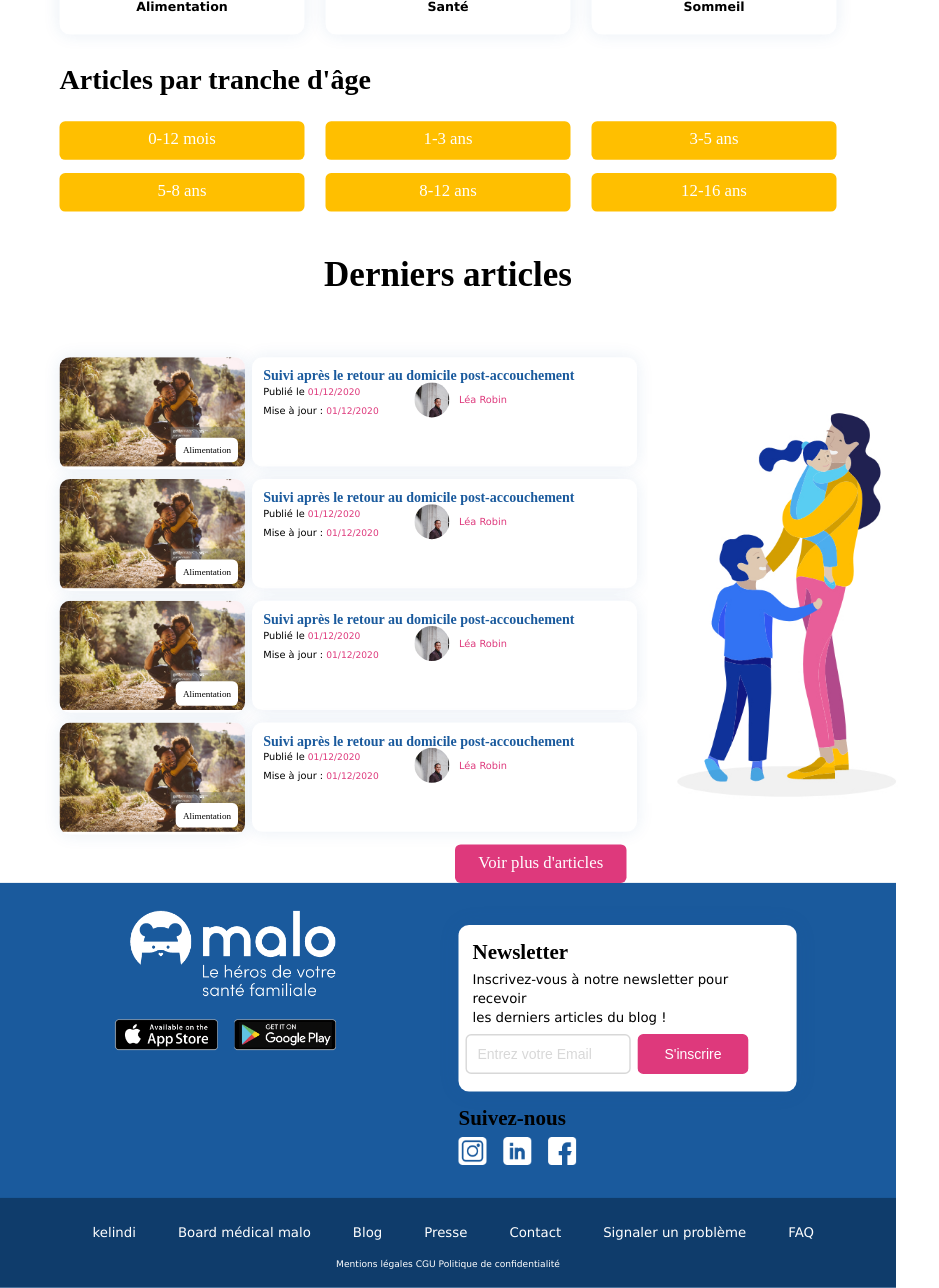
Repository: carbone-dev/keli-malo
Page: blog.html
An editor plug-in stored every save of this project. The page is shown before and after the next save, followed by the edit.
The browser window is 1280 px wide. The page is 1342 px wide, so the pictures cover 1342 px, including what lies to the right of the window. The pictures show the part of the page from y = 845 to 2685 px (the page is 2685 px tall), at 70% of full size.

Above is the page before, as saved 2020-12-11 11:40:56.

### blog.html
<!DOCTYPE html>
<html lang="en">

<head>
    <meta charset="UTF-8">
    <meta name="viewport" content="width=device-width, initial-scale=1.0">
    <title>Document</title>
    <link rel="stylesheet" type="text/css" href="css/style.css">
    <link rel="stylesheet" type="text/css" href="css/header.css">
    <link rel="stylesheet" type="text/css" href="css/grid.css">
    <link rel="stylesheet" type="text/css" href="css/blog.css">
    <link rel="preconnect" href="https://fonts.gstatic.com">
    <link href="https://fonts.googleapis.com/css2?family=Poppins:wght@200;300;400;900&display=swap" rel="stylesheet">
</head>

<body>
    <div class="container">

        <div class="header row align-items-center">
            <div class="col-6 col-md-2 ">
                <img class='img-full-width ' src="img/logo.png">
            </div>
            <div class="menu col-6 col-md-10 right d-none d-md-block ">
                <a href="#">Blog</a>
                <a href="#" class="boutton-1">Nous contacter</a>
            </div>
            <div class="menu col-6 col-md-10 right d-md-none d-sm-block">
                <a href="#nav-mobile">
                    <img src="img/burger.png" alt="">
                </a>
            </div>

            <div id="nav-mobile" class="modaloverlay">
                <div class="modal">
                    <div class="row">
                        <div class="col-6">
                            <img class='img-full-width ' src="img/logo.png">
                        </div>
                        <div class="menu col-6 right">
                            <a href="#close" class="close">
                                <img src="img/close.png" alt="">
                            </a>
                        </div>
                    </div>
                    <div class="row align-items-center center modal-content">
                        <div class="col-12">
                            <a href="#">Blog</a>
                        </div>
                        <div class="col-12">
                            <a href="#" class="boutton-1">Nous contacter</a>
                        </div>
                        <div class="col-12">
                            <a href="#"><img src="img/instagram.png"></a>
                            <a href="#"><img src="img/linkedin.png"></a>
                            <a href="#"><img src="img/facebook.png"></a>
                        </div>
                    </div>
                </div>
            </div>
        </div>

        <div class="top-section row">
            <div class="col-12 col-md-8 t-responsive">
                <h1>
                    Bienvenue sur le blog malo
                </h1>
                <p>Retrouvez nos conseils pour la santé de vos enfants</p>
            </div>
            <div class="col-12 col-md-4 right t-responsive">
                <img src="img/blog-header-image.png" alt="blog-header-image">
            </div>
        </div>

        <div class="section t-responsive">
            <h3>Articles par thématique</h3>
            <div class="row">
                <div class="col-sm-12 col-md-4">
                    <div class="card">
                        <img src="img/blog-theme-1.jpg" alt="Avatar" style="width:100%">
                        <div class="card-content row align-items-center">
                            <p class="card-title col-12">Alimentation</p>
                        </div>
                    </div>
                </div>
                <div class="col-sm-12 col-md-4">
                    <div class="card">
                        <img src="img/blog-theme-2.jpg" alt="Avatar" style="width:100%">
                        <div class="card-content row align-items-center">
                            <p class="card-title col-12">Santé</p>
                        </div>
                    </div>
                </div>
                <div class="col-sm-12 col-md-4">
                    <div class="card">
                        <img src="img/blog-theme-3.jpg" alt="Avatar" style="width:100%">
                        <div class="card-content row align-items-center">
                            <p class="card-title col-12">Sommeil</p>
                        </div>
                    </div>
                </div>
            </div>
        </div>

        <div class="section t-responsive">
            <h3>Articles par tranche d'âge</h3>
            <div class="row">
                <div class="col-6 col-md-4 margin-bottom">
                    <button class="btn btn-tertiary full-width">0-12 mois</button>
                </div>
                <div class="col-6 col-md-4 margin-bottom">
                    <button class="btn btn-tertiary full-width">1-3 ans</button>
                </div>
                <div class="col-6 col-md-4 margin-bottom">
                    <button class="btn btn-tertiary full-width">3-5 ans</button>
                </div>
                <div class="col-6 col-md-4 margin-bottom">
                    <button class="btn btn-tertiary full-width">5-8 ans</button>
                </div>
                <div class="col-6 col-md-4 margin-bottom">
                    <button class="btn btn-tertiary full-width">8-12 ans</button>
                </div>
                <div class="col-6 col-md-4 margin-bottom">
                    <button class="btn btn-tertiary full-width">12-16 ans</button>
                </div>
            </div>
        </div>

        <div class="section">
            <h2 class="center">Derniers articles</h2>
            <div class="row">
                <div class="col-12 col-md-9">
                    <div class="blog row no-gutters">
                        <div class="col-4">
                            <div class="blog-img">
                                <img src="img/blog-1.jpg" class="full-width" alt="">
                                <span class="tag">Alimentation</span>
                            </div>
                        </div>
                        <div class="col-8">
                            <div class="blog-content">
                                <a href="#">
                                    <h4 class="blog-title secondary">Suivi après le retour au domicile post-accouchement
                                    </h4>
                                </a>
                                <div class="row no-gutters mt-5 col-reverse">
                                    <div class="col-md-5 col-12">
                                        <p>
                                            Publié le <span class="primary">01/12/2020 </span>
                                        </p>
                                        <p>
                                            Mise à jour : <span class="primary">01/12/2020 </span>
                                        </p>
                                    </div>
                                    <div class="col-md-7 col-12">
                                        <div class="avatar d-inline-block ">
                                            <img src="img/avatar.jpg" alt="">
                                        </div>
                                        <div class="author d-inline-block">
                                            <p class="primary">Léa Robin</p>
                                        </div>
                                    </div>
                                </div>
                            </div>
                        </div>
                    </div>

                    <div class="blog row no-gutters">
                        <div class="col-4">
                            <div class="blog-img">
                                <img src="img/blog-1.jpg" class="full-width" alt="">
                                <span class="tag">Alimentation</span>
                            </div>
                        </div>
                        <div class="col-8">
                            <div class="blog-content">
                                <a href="#">
                                    <h4 class="blog-title secondary">Suivi après le retour au domicile post-accouchement
                                    </h4>
                                </a>
                                <div class="row no-gutters mt-5 col-reverse">
                                    <div class="col-md-5 col-12">
                                        <p>
                                            Publié le <span class="primary">01/12/2020 </span>
                                        </p>
                                        <p>
                                            Mise à jour : <span class="primary">01/12/2020 </span>
                                        </p>
                                    </div>
                                    <div class="col-md-7 col-12">
                                        <div class="avatar d-inline-block ">
                                            <img src="img/avatar.jpg" alt="">
                                        </div>
                                        <div class="author d-inline-block">
                                            <p class="primary">Léa Robin</p>
                                        </div>
                                    </div>
                                </div>
                            </div>
                        </div>
                    </div>

                    <div class="blog row no-gutters">
                        <div class="col-4">
                            <div class="blog-img">
                                <img src="img/blog-1.jpg" class="full-width" alt="">
                                <span class="tag">Alimentation</span>
                            </div>
                        </div>
                        <div class="col-8">
                            <div class="blog-content">
                                <a href="#">
                                    <h4 class="blog-title secondary">Suivi après le retour au domicile post-accouchement
                                    </h4>
                                </a>
                                <div class="row no-gutters mt-5 col-reverse">
                                    <div class="col-md-5 col-12">
                                        <p>
                                            Publié le <span class="primary">01/12/2020 </span>
                                        </p>
                                        <p>
                                            Mise à jour : <span class="primary">01/12/2020 </span>
                                        </p>
                                    </div>
                                    <div class="col-md-7 col-12">
                                        <div class="avatar d-inline-block ">
                                            <img src="img/avatar.jpg" alt="">
                                        </div>
                                        <div class="author d-inline-block">
                                            <p class="primary">Léa Robin</p>
                                        </div>
                                    </div>
                                </div>
                            </div>
                        </div>
                    </div>

                    <div class="blog row no-gutters">
                        <div class="col-4">
                            <div class="blog-img">
                                <img src="img/blog-1.jpg" class="full-width" alt="">
                                <span class="tag">Alimentation</span>
                            </div>
                        </div>
                        <div class="col-8">
                            <div class="blog-content">
                                <a href="#">
                                    <h4 class="blog-title secondary">Suivi après le retour au domicile post-accouchement
                                    </h4>
                                </a>
                                <div class="row no-gutters mt-5 col-reverse">
                                    <div class="col-md-5 col-12">
                                        <p>
                                            Publié le <span class="primary">01/12/2020 </span>
                                        </p>
                                        <p>
                                            Mise à jour : <span class="primary">01/12/2020 </span>
                                        </p>
                                    </div>
                                    <div class="col-md-7 col-12">
                                        <div class="avatar d-inline-block ">
                                            <img src="img/avatar.jpg" alt="">
                                        </div>
                                        <div class="author d-inline-block">
                                            <p class="primary">Léa Robin</p>
                                        </div>
                                    </div>
                                </div>
                            </div>
                        </div>
                    </div>

                    <div class="offset-8 col-4">
                        <button class="btn btn-primary full-width">
                            Voir plus d'articles
                        </button>
                    </div>




                </div>
                <div class="col-md-3 d-none d-md-block blog-list-bg">
                    <img src="img/blog-list-bg.jpg" alt="">
                </div>
            </div>
        </div>




    </div>


    <div class="footer mt-10">
		<div class="logo-popup row center-p">
			<div class="logo-boutton center col-md-6">
				<img src="img/logo-footer.png" width="50%"><br>
				<div class="img-boutton">
					<a href="#"><img src="img/app-store.png"></a>
					<a href="#"><img src="img/google-play.png"></a>
				</div>
			</div>
			<div class="popup-icon col-md-5 left center-p">
				<div class="box-shadow news-letter">
					<h4>Newsletter</h4>
					<p>Inscrivez-vous à notre newsletter pour recevoir <br>les derniers articles du blog !</p>
					<div class="row center-p">
						<input type="email" name="mail" placeholder="Entrez votre Email"
							class="formulaire mail-footer col-md-6 col-6">
						<input type="submit" value="S'inscrire" class="formulaire boutton-footer col-md-4 col-4">
					</div>
				</div>
				<div class="suivez-footer">
					<h4>Suivez-nous</h4>
					<a href="#"><img src="img/instagram-footer.png"></a>
					<a href="#"><img src="img/linkedin-footer.png"></a>
					<a href="#"><img src="img/facebook-footer.png"></a>
				</div>


			</div>
		</div>
		<div class="menu-footer center">
			<ul class="row center ">
				<li><a href="#">kelindi </a></li>
				<li><a href="#">Board médical malo </a></li>
				<li><a href="#">Blog </a></li>
				<li><a href="#">Presse </a></li>
				<li><a href="#">Contact </a></li>
				<li><a href="#">Signaler un problème </a></li>
				<li><a href="#">FAQ </a></li>
			</ul>
			<p><span>Mentions légales CGU Politique de confidentialité</span></p>
		</div>
	</div>
</body>

</html>

### css/header.css
.header{
    margin-top: 43px;
}

/* MODAL MOBILE */

.modaloverlay {
    background: rgba(0, 0, 0, 0.8);
    bottom: 0;
    left: 0;
    opacity: 0;
    pointer-events: none;
    position: fixed;
    right: 0;
    top: 0;
    -webkit-transition: opacity 400ms ease-in;
    -moz-transition: opacity 400ms ease-in;
    transition: opacity 400ms ease-in;
    z-index: -1;
    display: none;
  }
  .modaloverlay:target {
    display: block;
    opacity: 1;
    pointer-events: auto;
    z-index: 99999;
  }
  .modaloverlay .modal {
    background-color: white;
    height: 100%;
    position: relative;
    margin: 0 auto;
    padding-top: 43px;
    padding-left: 15px;
    overflow-y: scroll;
    -webkit-overflow-scrolling: touch;
  }
  @media (min-width: 60em) {
    .modaloverlay .modal {
      height: 75%;
      margin: 5% auto;
      max-height: 57em;
      max-width: 66em;
      width: 85%;
    }
  }
  .modaloverlay .modal > iframe,
  .modaloverlay .modal > div {
    border: none;
    width: 100%;
    /* height: 100%; */
  }
  .modaloverlay .close {
    position: relative;
    top: 10px;
  }

  .modal-content{
    height: 60%;
    padding-top: 160px;
  }

### css/blog.css
.card {
  transition: 0.3s;
  width: 100%;
  border-radius: 15px;
  box-shadow: 0 0 25px 0 rgba(34, 90, 157, 0.1);
  overflow: hidden;
  cursor: pointer;
}

.card img {
  width: 100%;
  height: 199px;
  object-fit: cover;
}

.card:hover {
  box-shadow: 0 8px 16px 0 rgba(0, 0, 0, 0.2);
}

.card-content {
  padding: 2px 16px;
  height: 79px;
}

.card-title {
  font-family: verdana;
  font-size: 18px;
  font-weight: 900;
  text-align: center;
}

.blog {
  margin-bottom: 14px;
}

.blog-img {
  border-radius: 15px;
  box-shadow: 0 0 25px 0 rgba(34, 90, 157, 0.1);
  overflow: hidden;
  position: relative;
  margin-right: 10px;
}

.blog-img img {
  width: 100%;
  height: 156px;
  object-fit: cover;
}

.blog-content {
  height: 156px;
  padding: 16px;
  border-radius: 15px;
  box-shadow: 0 0 25px 0 rgba(34, 90, 157, 0.1);
  background-color: #ffffff;
}

.blog-content p {
  font-size: 14px !important;
}

.blog-title {
  margin-bottom: 0 !important;
  font-size: 20px;
  line-height: 1;
}

.blog-list-bg{
    padding: 7% 0 7% 0;
}

.avatar {
  height: 50px;
  width: 50px;
  border-radius: 50px;
  overflow: hidden;
}

.avatar img {
  width: 100%;
  object-fit: cover;
}

.author {
  position: relative;
  top: -20px;
  left: 10px;
}

.tag {
  height: 35px;
  background-color: #ffffff;
  padding: 10px;
  position: absolute;
  bottom: 10px;
  display: block;
  border-radius: 8px;
  font-family: montserrat;
  right: 10px;
}

@media only screen and (min-width: 107px) and (max-width: 768px) {
  .blog-title {
    font-size: 12px !important;
    line-height: 1 !important;
  }
  .blog-content p {
    font-size: 12px !important;
    height: 15px;
  }

  .blog-content span {
    font-size: 8px !important;
  }

  .tag{
    font-size: 10px !important;
    padding: 0px 5px 0 5px !important;
    height: 20px;
    border-radius: 6px;
  }

  .avatar {
    height: 18px;
    width: 18px;
  }

  .author {
    position: relative;
    top: -5px;
    left: 5px;
  }
}

Loaded but not shown: css/grid.css (1420 lines, source omitted); css/style.css (873 lines, source omitted)

After the next save:
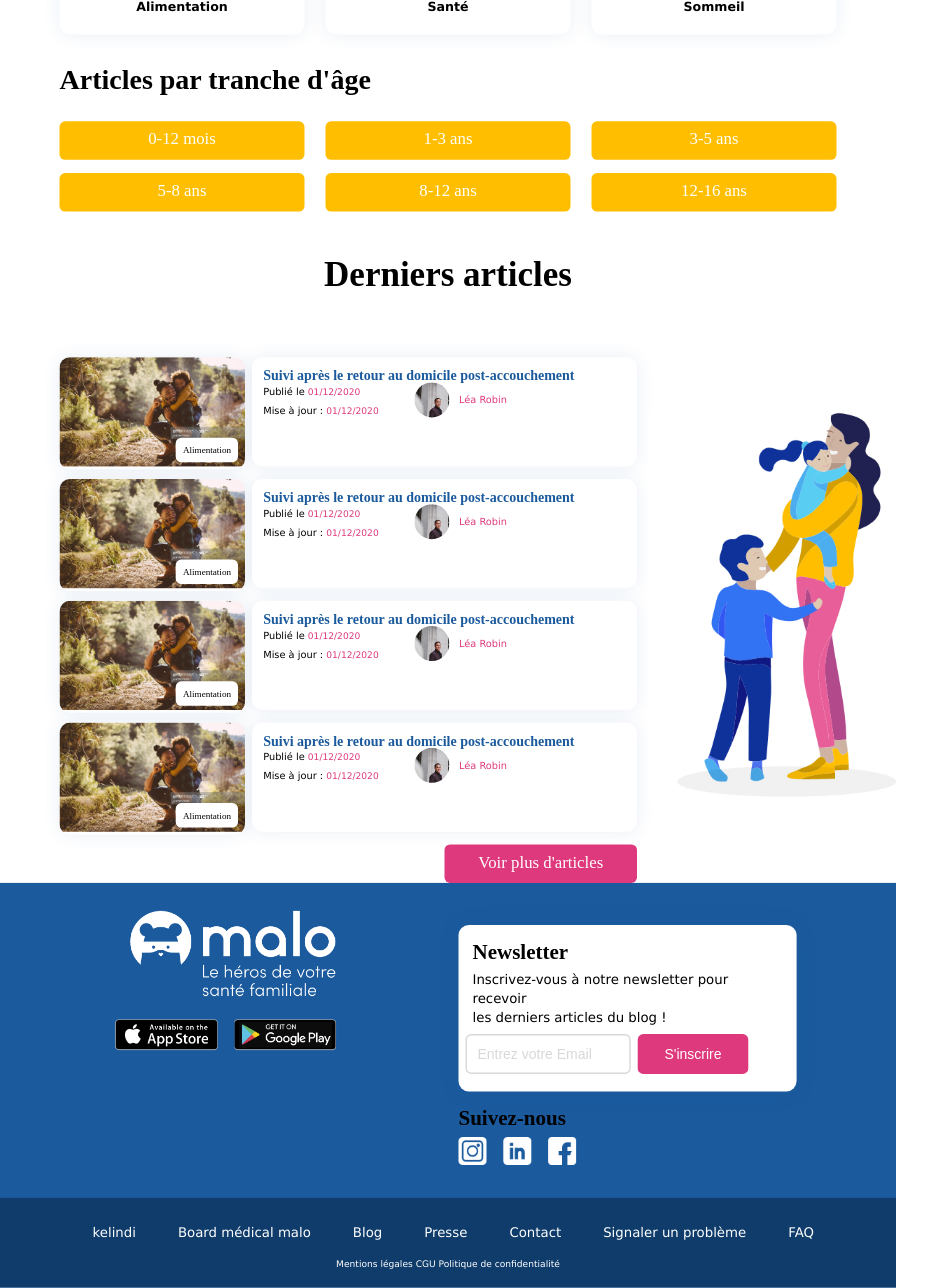
Saved 78 s later.
--- a/blog.html
+++ b/blog.html
@@ -268,12 +268,14 @@
                             </div>
                         </div>
                     </div>
-
-                    <div class="offset-8 col-4">
-                        <button class="btn btn-primary full-width">
-                            Voir plus d'articles
-                        </button>
-                    </div>
+                    <div class="no-gutters">
+                        <div class="offset-8 col-4">
+                            <button class="btn btn-primary full-width">
+                                Voir plus d'articles
+                            </button>
+                        </div>
+                    </div>
+
 
 
 
